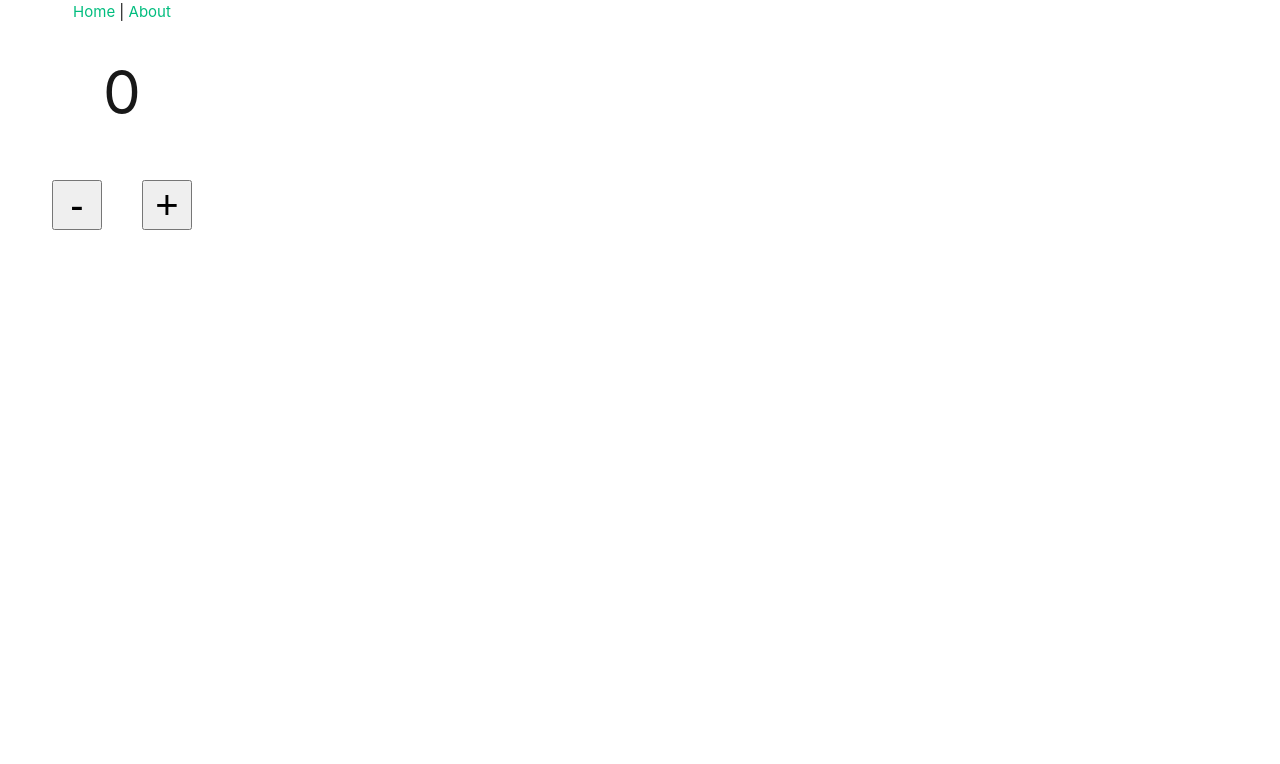
Repository: loktioncode/vectra-shop
Page: /
The author's editor kept a copy of each file at every save. The page is drawn from the files as they stood at one save, then again after the next save.
The browser window is 1280 px wide. The pictures show the whole page.
The project was rebuilt for these pictures with package versions that can differ from the ones it lists, and the page was loaded fresh each time. Also part of the build but not shown: vite.config.ts.

Above is the page before, as saved 2023-09-20 12:52:13.

After the next save:
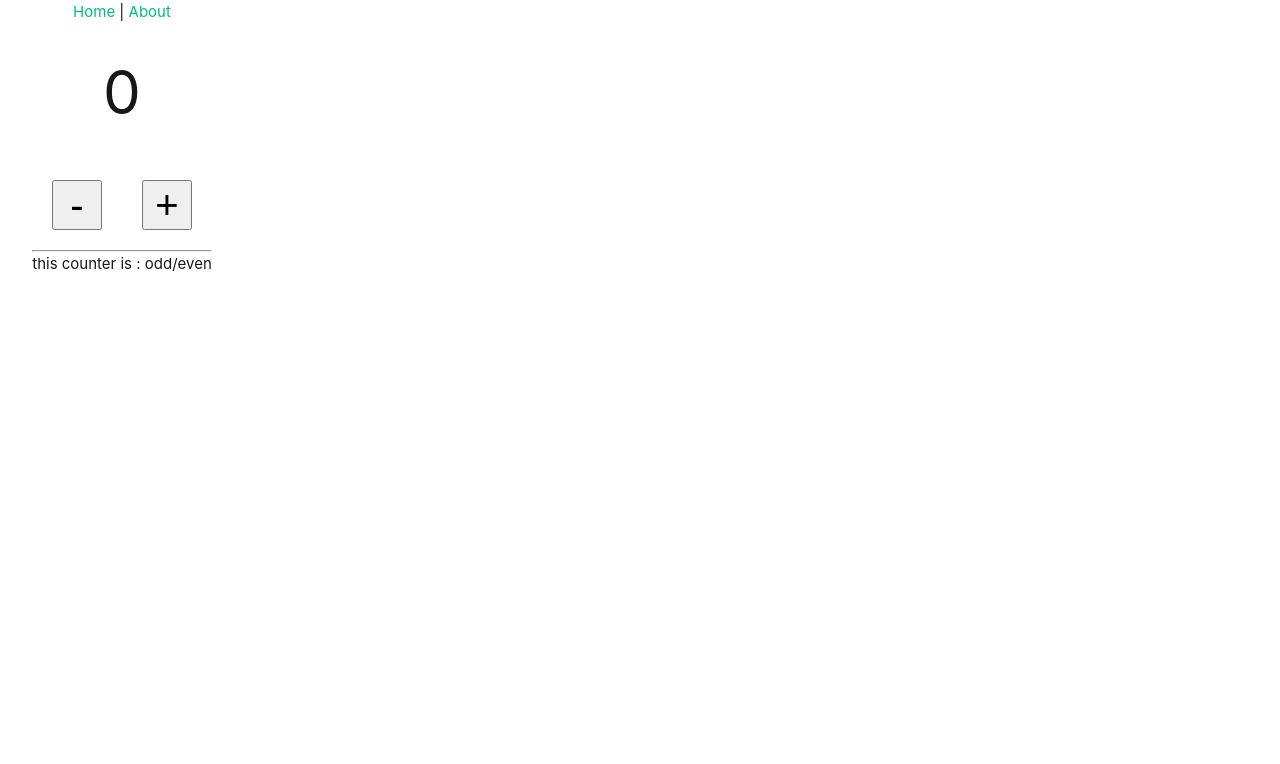
Saved 3 min 24 s later.
--- a/src/views/HomeView.vue
+++ b/src/views/HomeView.vue
@@ -7,6 +7,10 @@
       <button @click="decreaseCount">-</button>
       <button @click="increaseCount">+</button>
     </div>
+    <hr>
+    <div>
+      this counter is : odd/even
+    </div>
   </div>
 </template>
 
@@ -14,7 +18,7 @@
 
 <script setup lang="ts">
 // import TheWelcome from '../components/TheWelcome.vue'
-import { ref } from 'vue';
+import { computed, ref } from 'vue';
 
 const count = ref(0);
 
@@ -24,6 +28,14 @@ const increaseCount = () => {
 const decreaseCount = () => {
   count.value--;
 }
+
+const oddOrEven = computed(() => {
+  if (count.value % 2 === 0) {
+    return 'even'
+  } else {
+    return 'odd'
+  }
+})
 
 </script>
 
